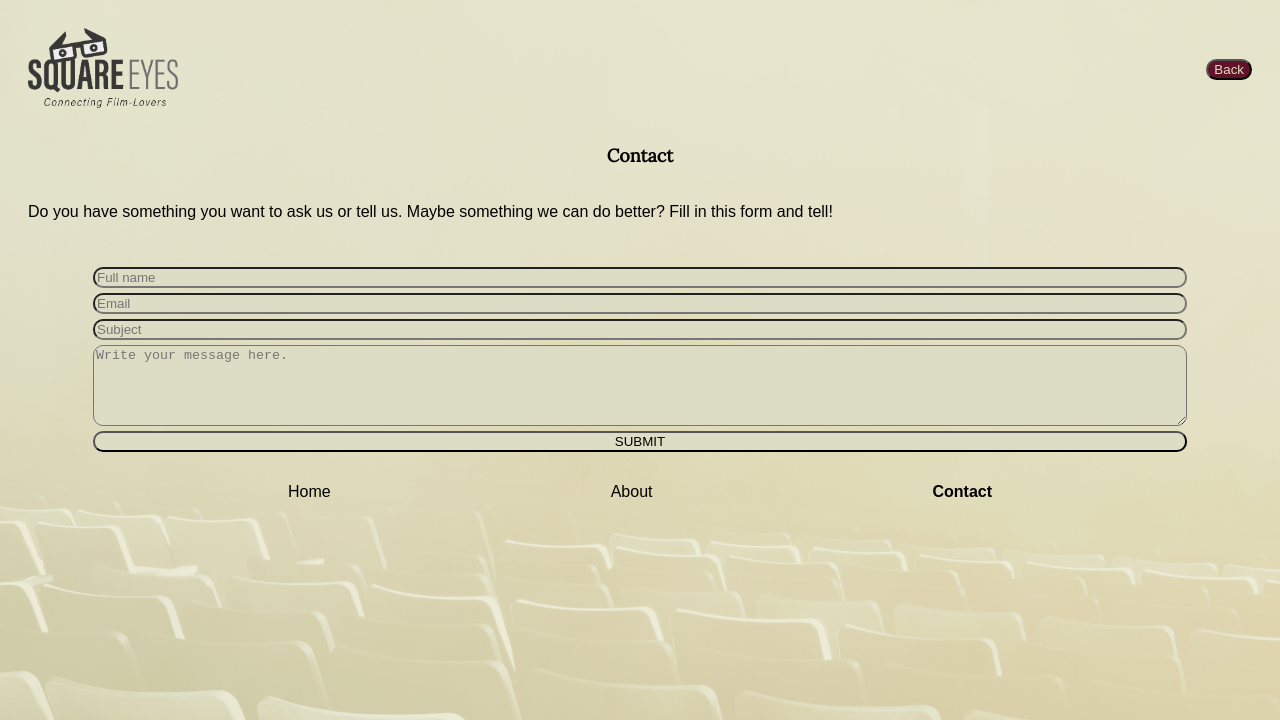
Repository: Noroff-FEU-Assignments/cross-course-project-Bekkholt
Page: contact.html
An editor plug-in stored every save of this project. The page is shown before and after the next save, followed by the edit.
The browser window is 1280 px wide. The pictures show the whole page.

Above is the page before, as saved 2022-11-03 12:19:41.

### contact.html
<!DOCTYPE html>
<html>
  <head>
    <title>Square Eyes | Contact</title>
    <meta name="description" content="Square Eyes - Connecting film lovers." />
    <meta name="viewport" content="width=device-width, initial-scale=1" />
    <link href="css/index.css" rel="stylesheet">
    <link rel="preconnect" href="https://fonts.googleapis.com">
    <link rel="preconnect" href="https://fonts.gstatic.com" crossorigin>
    <link href="https://fonts.googleapis.com/css2?family=Lora&display=swap" rel="stylesheet">
  </head>
  <body>
    <header>
      <a href="index.html"><img class="logo" src="images/SquareEyes_Logo.png" alt="Square Eyes logo"></a>
      <a href="index.html"><button class="cta">Back</button></a>
    </header>
    <main>
    <h1>Contact</h1>
    <p>
        Do you have something you want to ask us or tell us. Maybe something we can do better? Fill in this form and tell!
    </p>
    <form action="submit.php" method="post">
      <input placeholder="Full name" type="text" name="fullname" />
      <input placeholder="Email" type="email" name="email" />
      <input placeholder="Subject" type="text" name="subject" />
      <textarea placeholder="Write your message here." id="message" name="message" rows="5" cols="20"></textarea>
      <input class="cta-submit" placeholder="SUBMIT" type="submit" value="SUBMIT" />
    </form>
  </main>
  <footer>
    <nav>
      <ul>
        <li><a href="index.html">Home</a></li>
        <li><a href="about.html">About</a></li>
        <li><a href="contact.html" class="active">Contact</a></li>
      </ul>
    </nav>
  </footer>
  </body>
</html>

### css/index.css
html {
    background: url(../images/alex-avalos-dnUNjIUCg5c-unsplash.jpg);
    background-size: cover;
    background-repeat: no-repeat;
    background-blend-mode:soft-light;
    background-color: #ddddc5;
    min-height: 100%;
}

h1, h2 {
    font-family: 'Lora', serif;
    font: bold;
    font-size: large;
    text-align: center;
    font-weight: bold;
}

p {
    font-family: 'DM Sans', sans-serif;
    color: #000000;
    text-align: left;
    padding: 20px;
}

form {
    color: #000000;
    display: flex;
    flex-direction: column;
    padding: 10px 85px 10px 85px;
}

header {
display: flex;
flex-direction: row;
justify-content: space-between;
align-items: center;
padding: 20px;
}

input[type=text] [type=email] {
    padding: 10px;
    width: 100%;
}

.genre, .price {
    display: flex;
    flex-direction: row;
    justify-content: space-around;
}

.price {
    padding-top: 0px;
    padding-bottom: 10px;
}

.hobbs, .godzilla, .batman,
.toy-story, .addams, .sweetheart, .hollywood, .scream, .director_photo {
    max-width: 100px;
    margin: 0px;
}

.collections {
    display: flex;
    flex-direction: row;
    justify-content: space-around;
}

.cta {
    background-color: #611428;
    color: #ddddc5;
    border-radius: 50px;
    max-width: 100px;
    text-decoration: none;
    text-align: center;
}

.logo {
    max-width: 150px;
    padding: 0px;
}

ul a {
    font-family: 'DM Sans', sans-serif;
    color: #000000;
    text-decoration: none;
}

ul {
    list-style: none;
    display: flex;
    flex-direction: row;
    justify-content: space-evenly;
    padding: 0%;
}

.active {
    font-weight: bold;
}

.allproducts {
    display: flex;
    flex-direction: row;
}

.addams__specific {
    max-width: 50%;
    max-height: 50%;
    padding: 95px;
    padding-top: 20px;
    padding-bottom: 20px;
}

.checkmark {
    padding-left: 155px;
}

.checkout_buttons {
    display: flex;
    flex-direction: column;
    align-items: center;
    padding-top: 5px;
}

.index {
    text-align: left;
    padding-left: 15px;
}

.continue {
    text-align: center;
    padding: 0px;
}

.congratulations {
    color: #611428;
    font-size: x-large;
}

.director_photo {
    padding-left: 20px;
}

input, textarea  {
    margin-bottom: 5px;
    border-radius: 10px;
    background-color: #ddddc5;
}

.small_form {
    display: flex;
    flex-direction: row;
    justify-content: center space-around;
    width: 95px;
}

.paypal {
    width: 80px;
    height: 60px;
    border-radius: 90px;
    display: flex;
    align-self: center;
}

After the next save:
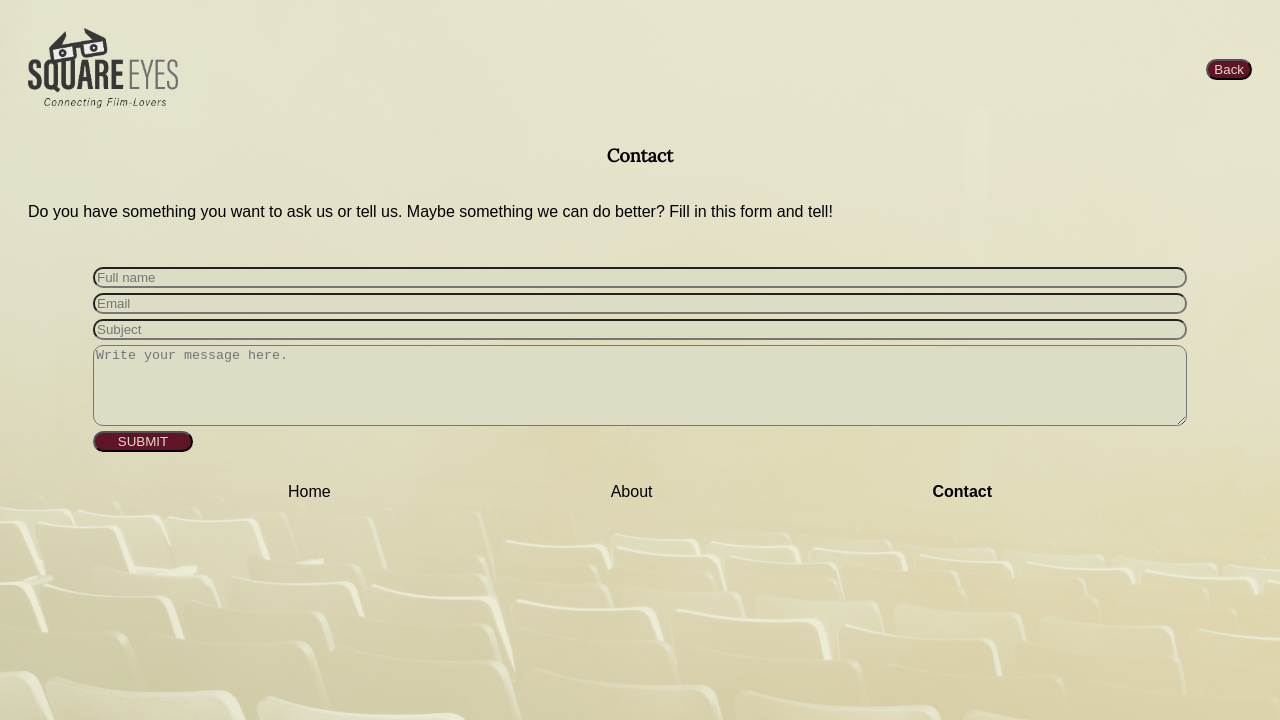
Saved 4 s later.
--- a/contact.html
+++ b/contact.html
@@ -24,7 +24,7 @@
       <input placeholder="Email" type="email" name="email" />
       <input placeholder="Subject" type="text" name="subject" />
       <textarea placeholder="Write your message here." id="message" name="message" rows="5" cols="20"></textarea>
-      <input class="cta-submit" placeholder="SUBMIT" type="submit" value="SUBMIT" />
+      <input class="cta submit" placeholder="SUBMIT" type="submit" value="SUBMIT" />
     </form>
   </main>
   <footer>
